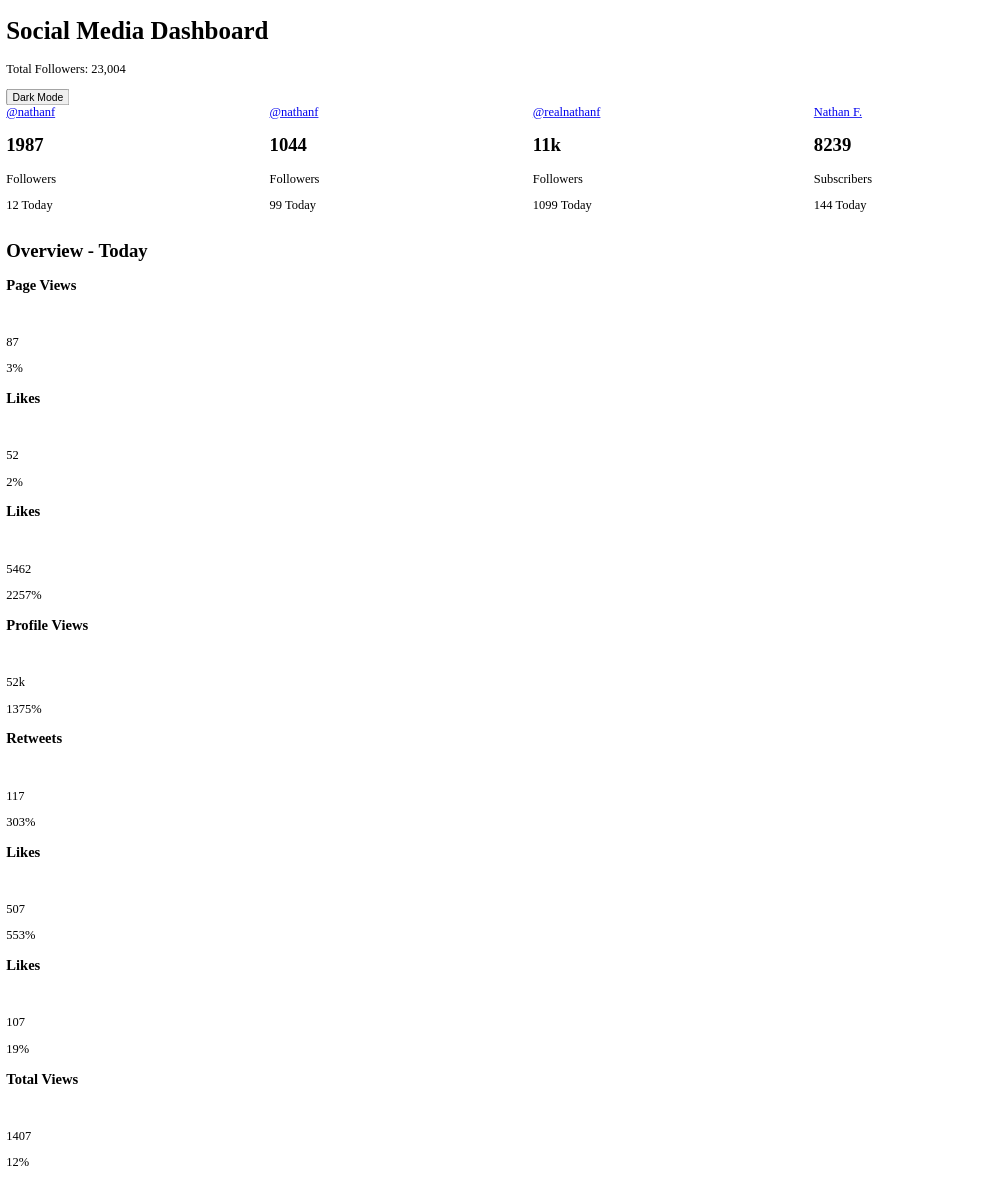
Repository: mamulini/social-media-dashboard-with-theme-switcher-master
Page: index.html
The author's editor kept a copy of each file at every save. The page is drawn from the files as they stood at one save, then again after the next save.
The browser window is 1280 px wide. The pictures show the whole page, at 78% of full size.

Above is the page before, as saved 2020-04-05 23:39:23.

After the next save:
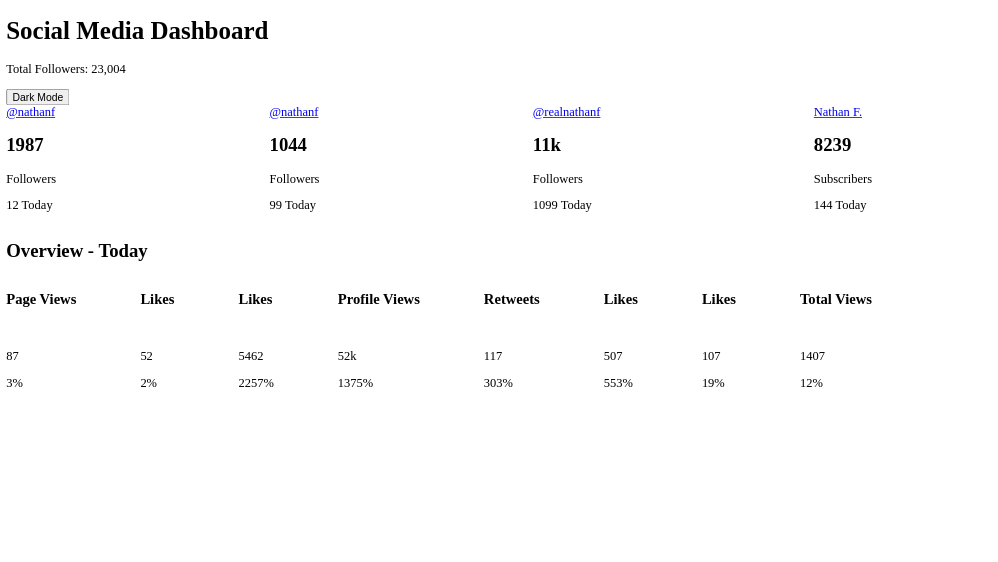
Saved 1 s later.
--- a/index.html
+++ b/index.html
@@ -49,7 +49,7 @@
 
     </div>
     <div class="overview"><h2 class="overview__title" >Overview - Today</h2></div>
-    <div class="container">
+    <div class="likes_counter">
       <div class="likes">
         <h3 class="likes__title">Page Views</h3>
         <img src="" alt="" class="like__icon">
